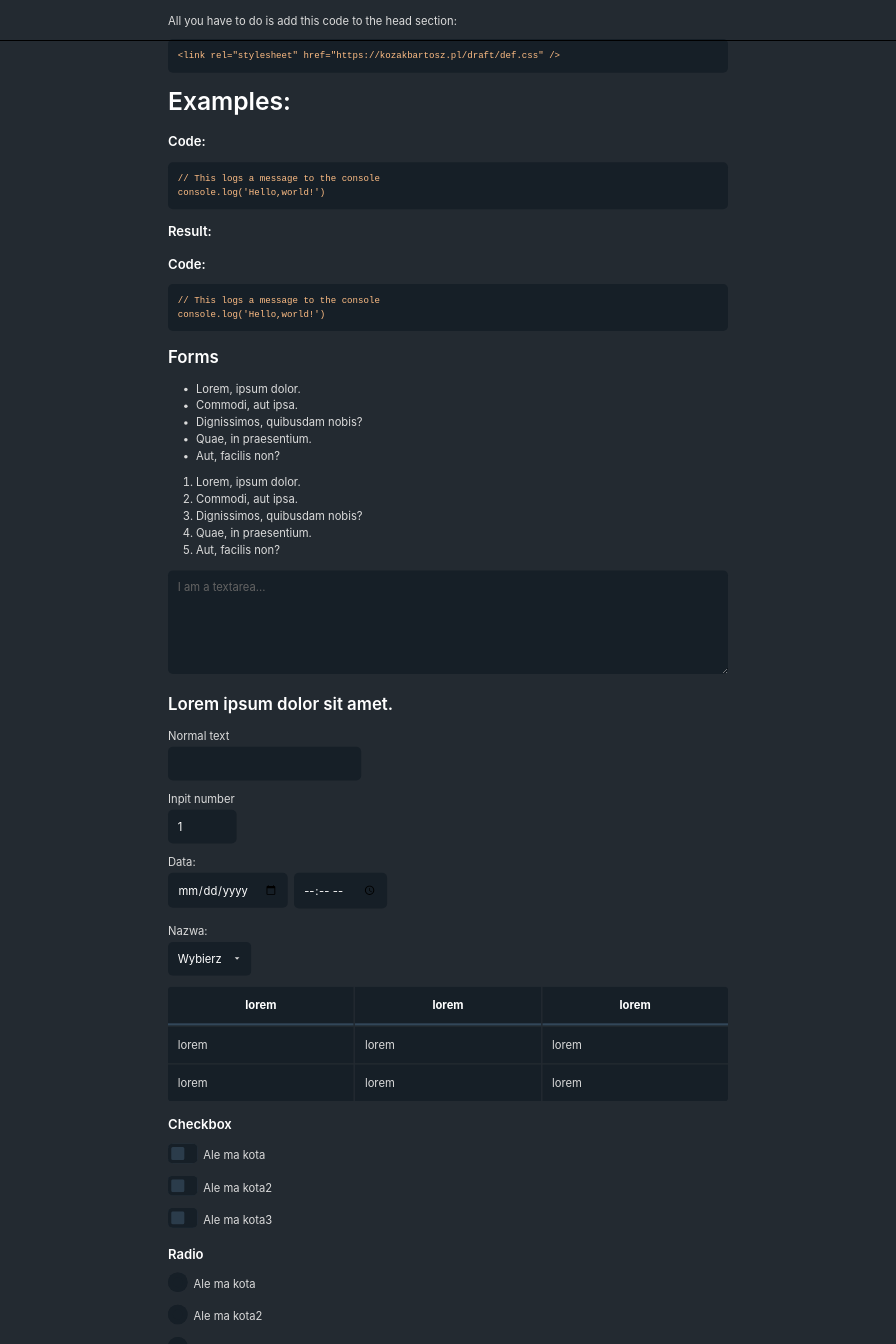
Repository: KozakBartosz/Draft
Page: index.html
These files come from the project's save history. The page is drawn as it stood at one moment and after the next save; the edit follows.
The browser window is 1280 px wide. The pictures show the part of the page from y = 307 to 2227 px (the page is 3954 px tall before and 4439 px after), at 70% of full size.

Above is the page before, as saved 2019-04-12 08:36:58.

After the next save:
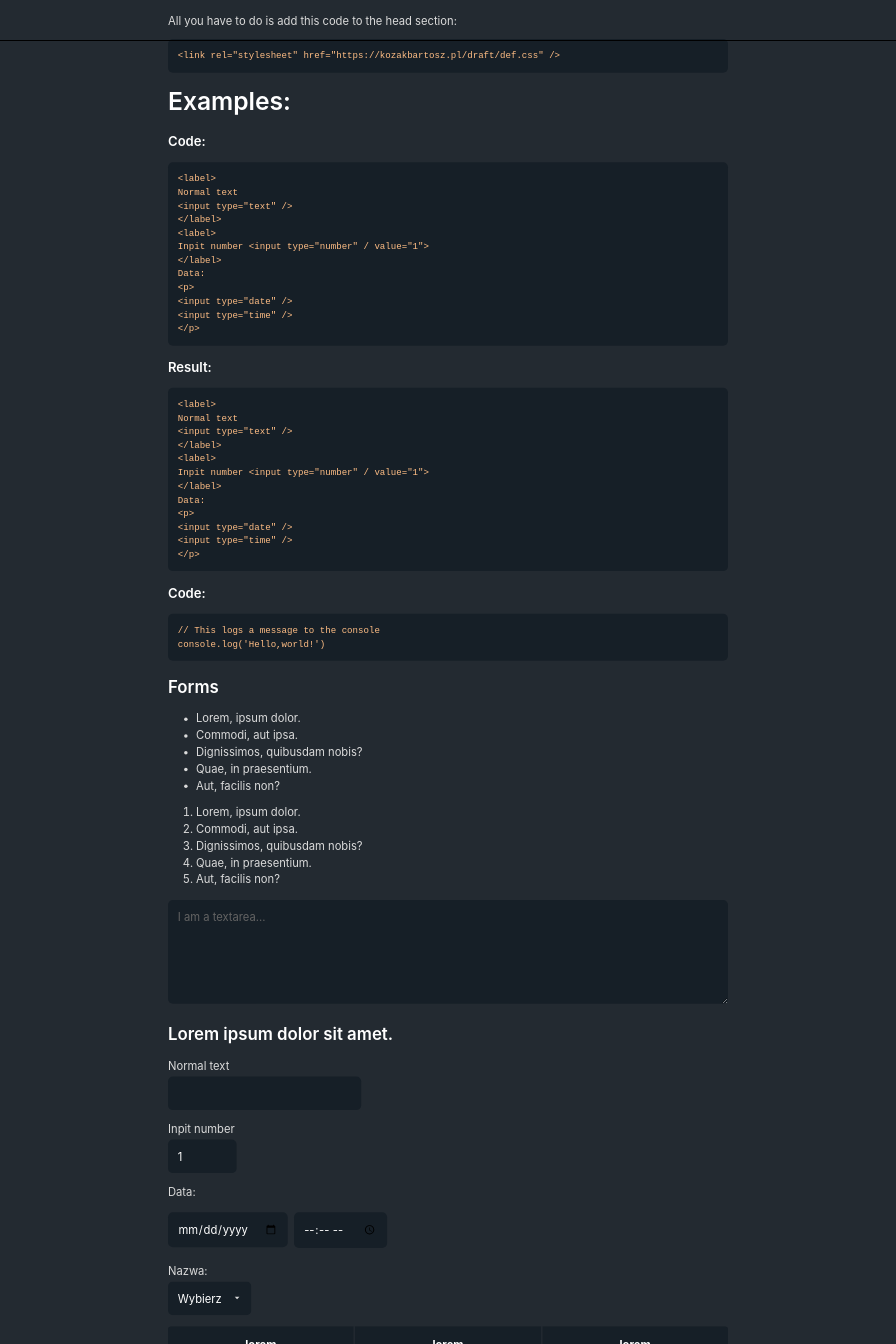
Saved 59 s later.
--- a/index.html
+++ b/index.html
@@ -34,8 +34,11 @@
 		<h1>Examples:</h1>
 
 		<h3>Code:</h3>
-		<pre><code>// This logs a message to the console<br />console.log('Hello,world!')</code></pre>
+
+		<pre><code>&lt;label&gt;<br />Normal text<br />&lt;input type="text" /&gt;<br />&lt;/label&gt;<br />&lt;label&gt;<br />Inpit number &lt;input type="number" / value="1"&gt;<br />&lt;/label&gt;<br />Data:<br />&lt;p&gt;<br />&lt;input type="date" /&gt;<br />&lt;input type="time" /&gt;<br />&lt;/p&gt;</code></pre>
 		<h3>Result:</h3>
+
+		<pre><code>&lt;label&gt;<br />Normal text<br />&lt;input type="text" /&gt;<br />&lt;/label&gt;<br />&lt;label&gt;<br />Inpit number &lt;input type="number" / value="1"&gt;<br />&lt;/label&gt;<br />Data:<br />&lt;p&gt;<br />&lt;input type="date" /&gt;<br />&lt;input type="time" /&gt;<br />&lt;/p&gt;</code></pre>
 
 		<h3>Code:</h3>
 		<pre><code>// This logs a message to the console<br />console.log('Hello,world!')</code></pre>
@@ -71,10 +74,10 @@
 			Inpit number <input type="number" / value="1">
 		</label>
 		Data:
-		<div>
+		<p>
 			<input type="date" />
 			<input type="time" />
-		</div>
+		</p>
 		<label>
 			Nazwa:
 			<select name="" id="">
